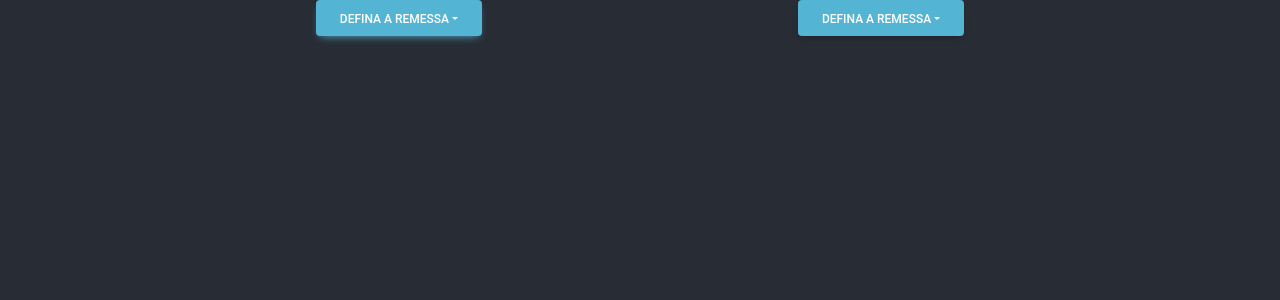
Repository: MarcusVTAlmeida/digital
Page: /
The author's editor kept a copy of each file at every save. The page is drawn from the files as they stood at one save, then again after the next save.
The browser window is 1280 px wide. The pictures show the whole page.
The project was rebuilt for these pictures with package versions that can differ from the ones it lists, and the page was loaded fresh each time. Also part of the build but not shown: src/App.css, src/notas/Locacao.js. Imported but missing from the stored project, and not drawn on this page: src/notas/LocacaoRetorno.

Above is the page before, as saved 2024-04-18 22:02:43.

### src/App.js
import React from 'react';
import './App.css';
import { MDBDropdown, MDBDropdownToggle, MDBDropdownMenu, MDBDropdownItem, MDBDropdownLink } from "mdb-react-ui-kit";
import 'mdb-react-ui-kit/dist/css/mdb.min.css'
import './index.css';

import Retorno from "./notas/LocacaoRetorno"
import Locacao from "./notas/Locacao"

class App extends React.Component {
  constructor(props) {
    super(props);
    this.state = {
    };
  }

  render() {

    const { showingretorno } = this.state;
    // const { showingsimples } = this.state;
    const { showinglocacao } = this.state;

    return (
      <div style={{ minHeight: '100vh', backgroundColor: '#282c34' }}>
        <header>
          <div style={{ display: 'flex', flexDirection: 'row', alignItems: 'start', justifyContent: 'space-evenly' }}>

        <MDBDropdown>
      <MDBDropdownToggle caret color="info">Defina a remessa</MDBDropdownToggle>
      <MDBDropdownMenu basic>
        <MDBDropdownItem link onClick={() => this.setState({ showingretorno: !showingretorno })}>retorno</MDBDropdownItem>
        <MDBDropdownItem link onClick={() => this.setState({ showinglocacao: !showinglocacao })}>locaçao</MDBDropdownItem>
      </MDBDropdownMenu>
    </MDBDropdown>
    <MDBDropdown group>
    <MDBDropdownToggle caret color="info">Defina a remessa</MDBDropdownToggle>
        <MDBDropdownMenu>
        <MDBDropdownItem link onClick={() => this.setState({ showingretorno: !showingretorno })}>retorno</MDBDropdownItem>
        <MDBDropdownItem link onClick={() => this.setState({ showinglocacao: !showinglocacao })}>locaçao</MDBDropdownItem>
        </MDBDropdownMenu>
      </MDBDropdown>

          </div>

          <div style={{ flexDirection: 'column', margin: '5px' }}>
          <div>
              {showingretorno
                ? <div>
                  <div style={{ color: "white", border: "5px solid", borderColor: "#a36a00" }}>
                    <div style={{ textAlign: 'center' }}>
                      <button onClick={() => this.setState({ showingretorno: !showingretorno })}>X</button>
                    </div>
                    <Retorno/>
                  </div>
                </div>
                : null
              }
            </div>

            <div>
              {showinglocacao
                ? <div>
                  <div style={{ color: "white", border: "5px solid", borderColor: "#a36a00" }}>
                    <div style={{ textAlign: 'center' }}>
                      <button onClick={() => this.setState({ showinglocacao: !showinglocacao })}>X</button>
                    </div>
                    <Locacao/>
                  </div>
                </div>
                : null
              }
            </div>
          </div>
        </header>
      </div>
    );
  }
}


export default App;

Loaded but not shown: public/index.html (common file); src/index.js (common file); src/index.css (common file); src/reportWebVitals.js (common file)

After the next save:
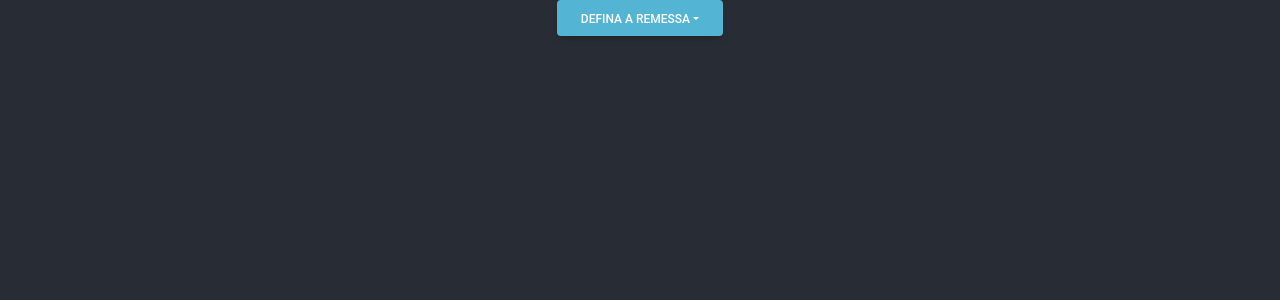
Saved 38 s later.
--- a/src/App.js
+++ b/src/App.js
@@ -25,13 +25,6 @@ class App extends React.Component {
         <header>
           <div style={{ display: 'flex', flexDirection: 'row', alignItems: 'start', justifyContent: 'space-evenly' }}>
 
-        <MDBDropdown>
-      <MDBDropdownToggle caret color="info">Defina a remessa</MDBDropdownToggle>
-      <MDBDropdownMenu basic>
-        <MDBDropdownItem link onClick={() => this.setState({ showingretorno: !showingretorno })}>retorno</MDBDropdownItem>
-        <MDBDropdownItem link onClick={() => this.setState({ showinglocacao: !showinglocacao })}>locaçao</MDBDropdownItem>
-      </MDBDropdownMenu>
-    </MDBDropdown>
     <MDBDropdown group>
     <MDBDropdownToggle caret color="info">Defina a remessa</MDBDropdownToggle>
         <MDBDropdownMenu>
